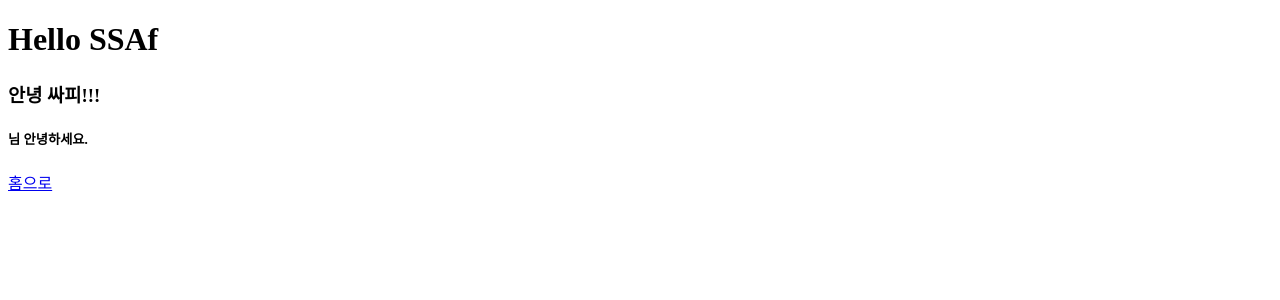
Repository: s00ngle/SSAFY-BE
Page: http://localhost/basic_jsp/hello.jsp
An editor plug-in stored every save of this project. The page is shown before and after the next save, followed by the edit.
The browser window is 1280 px wide. The pictures show the whole page.
The page is served by Tomcat 9. Other server files are loaded and not shown.

Above is the page before, as saved 2024-09-24 01:24:00.

### basic_jsp/src/main/webapp/hello.jsp
<%@ page language="java" contentType="text/html; charset=UTF-8"
    pageEncoding="UTF-8"%>

<%
	String name = "김용순";
%>

<!DOCTYPE html>
<html>
<head>
<meta charset="UTF-8">
<title>Insert title here</title>
</head>
<body>
	<h1>Hello SSAf</h1>
	<h3>안녕 싸피!!!</h3>
	<h5>님 안녕하세요.</h5>
	<a href="/basic_jsp/index.jsp">홈으로</a>
</body>
</html>

After the next save:
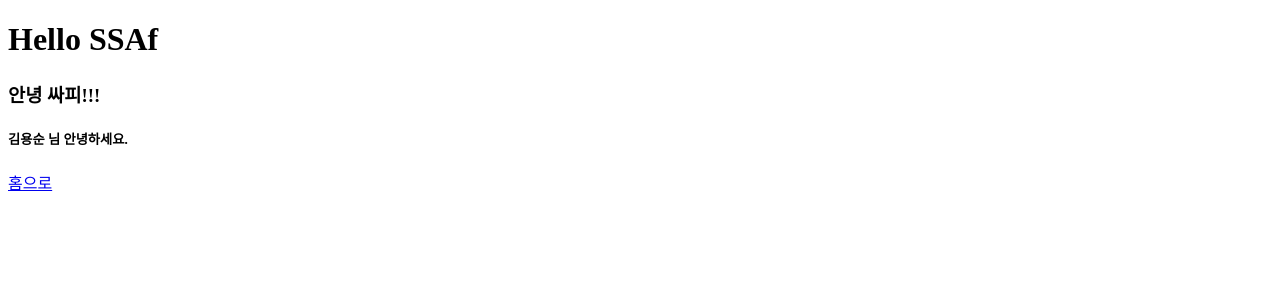
Saved 13 s later.
--- a/basic_jsp/src/main/webapp/hello.jsp
+++ b/basic_jsp/src/main/webapp/hello.jsp
@@ -14,7 +14,7 @@
 <body>
 	<h1>Hello SSAf</h1>
 	<h3>안녕 싸피!!!</h3>
-	<h5>님 안녕하세요.</h5>
+	<h5><% out.println(name); %>님 안녕하세요.</h5>
 	<a href="/basic_jsp/index.jsp">홈으로</a>
 </body>
 </html>
